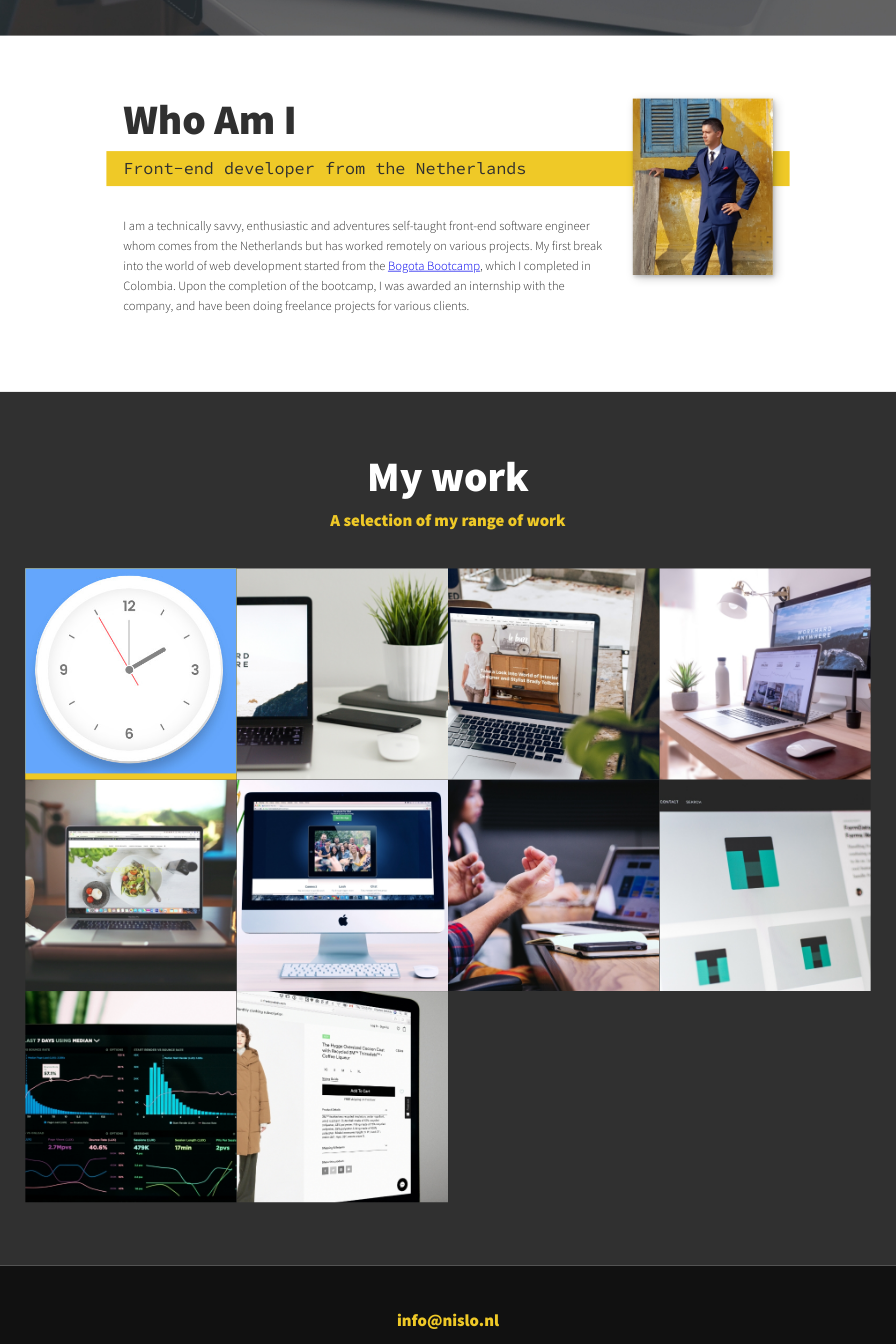
Repository: DaNiels89/portfolio
Page: index.html
The author's editor kept a copy of each file at every save. The page is drawn from the files as they stood at one save, then again after the next save.
The browser window is 1280 px wide. The pictures show the part of the page from y = 1137 to 3057 px (the page is 3189 px tall), at 70% of full size.
Some web libraries are served in a nearby version.

Above is the page before, as saved 2020-06-20 14:50:52.

After the next save:
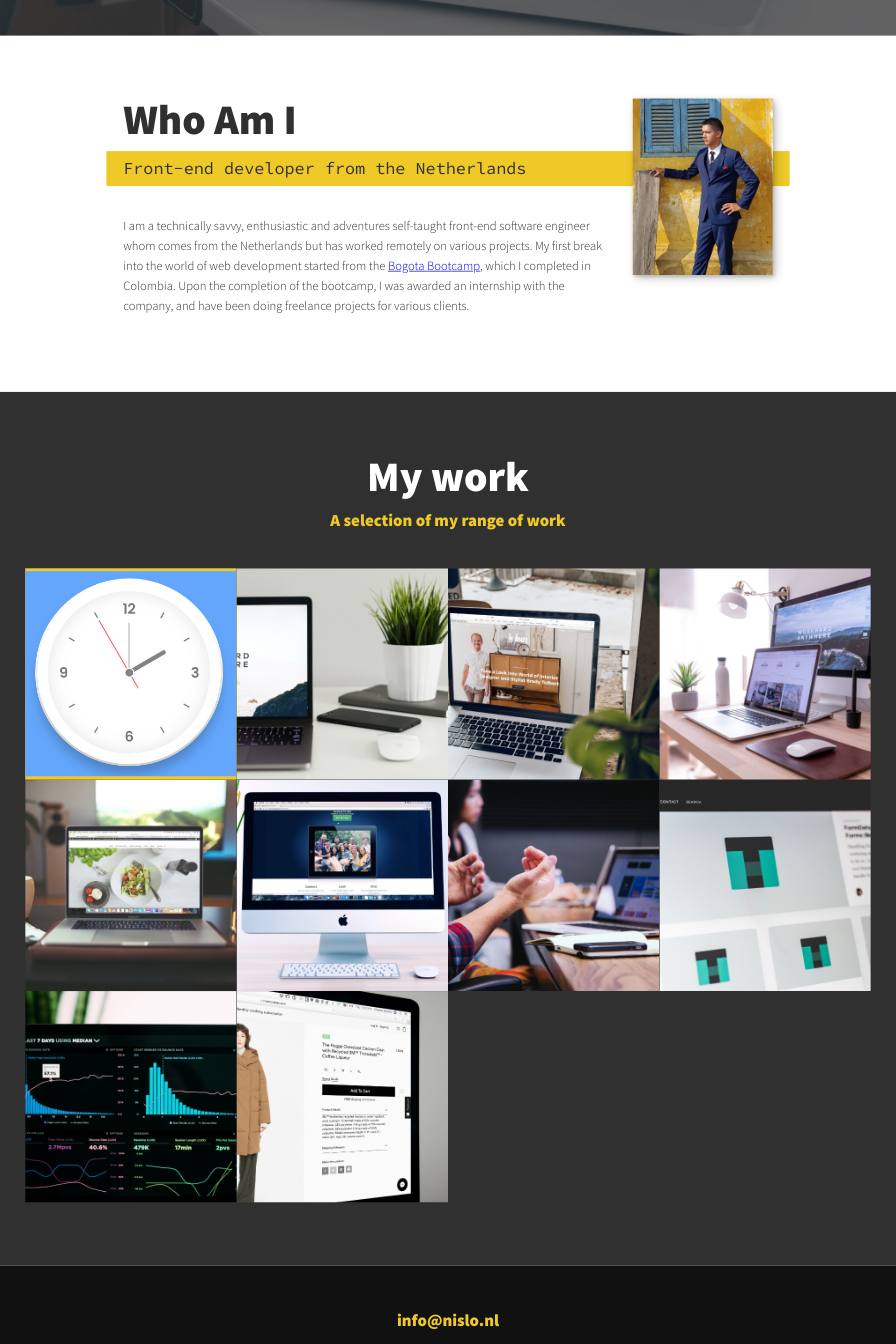
Saved 2 min 51 s later.
--- a/css/style.css
+++ b/css/style.css
@@ -483,3 +483,14 @@ header {
   margin-left: auto;
   margin-right: auto;
 }
+
+/* Extra */
+
+.portfolio__item1 {
+  display: flex;
+  justify-content: center;
+}
+
+.portfolio__item1 .portfolio__img {
+  object-fit: contain;
+}

After the 5 saves that followed:
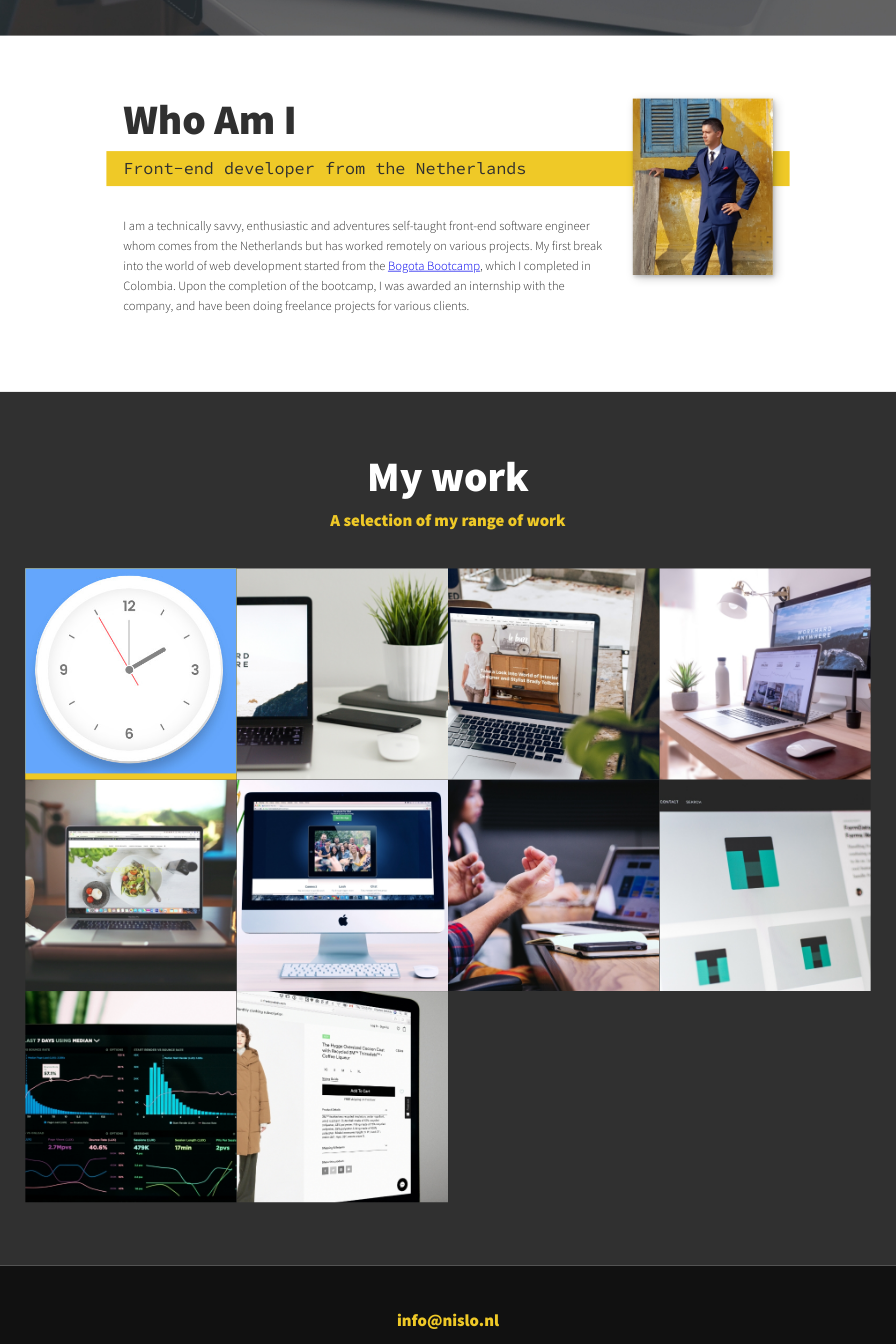
The 5 saves are shown as one change because 4 left the picture as it was.
The last was saved 11 min 28 s later.
--- a/index.html
+++ b/index.html
@@ -150,8 +150,8 @@
 
 		<div class="portfolio">
 			<!-- Portfolio item 01 -->
-			<a href="portfolio-item-01.html" class="portfolio__item portfolio__item1">
-				<img src="analog-clock/img/clock.jpg" alt="" class="portfolio__img" />
+			<a href="portfolio-item-01.html" id="portfolio__item1" class="portfolio__item">
+				<img src="analog-clock/img/clock.jpg" alt="" class="portfolio__img portfolio__img1" />
 			</a>
 
 			<!-- Portfolio item 02 -->
--- a/css/style.css
+++ b/css/style.css
@@ -486,11 +486,11 @@ header {
 
 /* Extra */
 
-.portfolio__item1 {
+.portfolio__item1.portfolio__item1 {
   display: flex;
   justify-content: center;
 }
 
-.portfolio__item1 .portfolio__img {
+.portfolio__img1.portfolio__img1 {
   object-fit: contain;
 }
